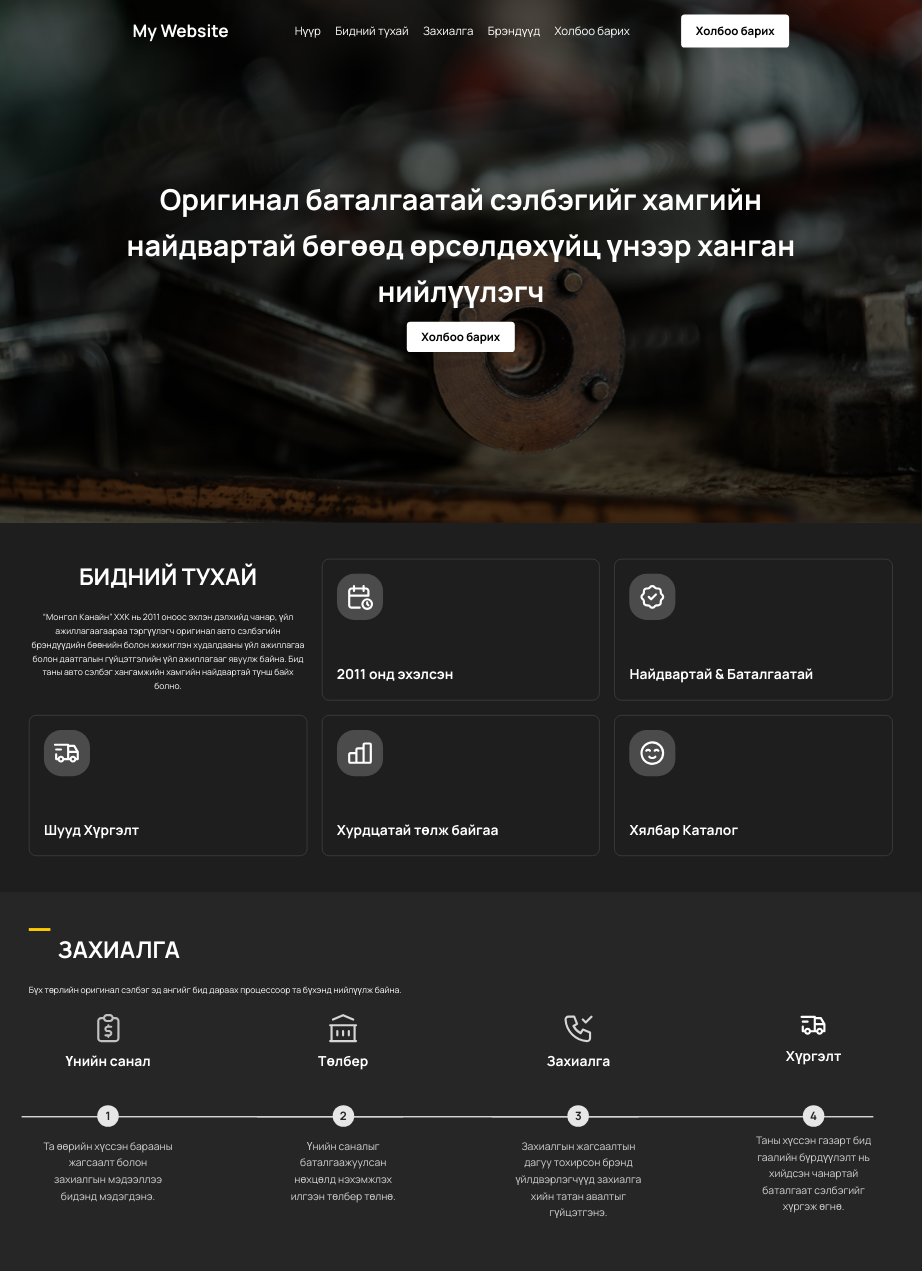
Repository: temuujinnn/mongol_kanain
Page: index.html
These files come from the project's save history. The page is drawn as it stood at one moment and after the next save; the edit follows.
The browser window is 1280 px wide. The pictures show the whole page, at 72% of full size.

Above is the page before, as saved 2024-08-22 18:40:47.

After the next save:
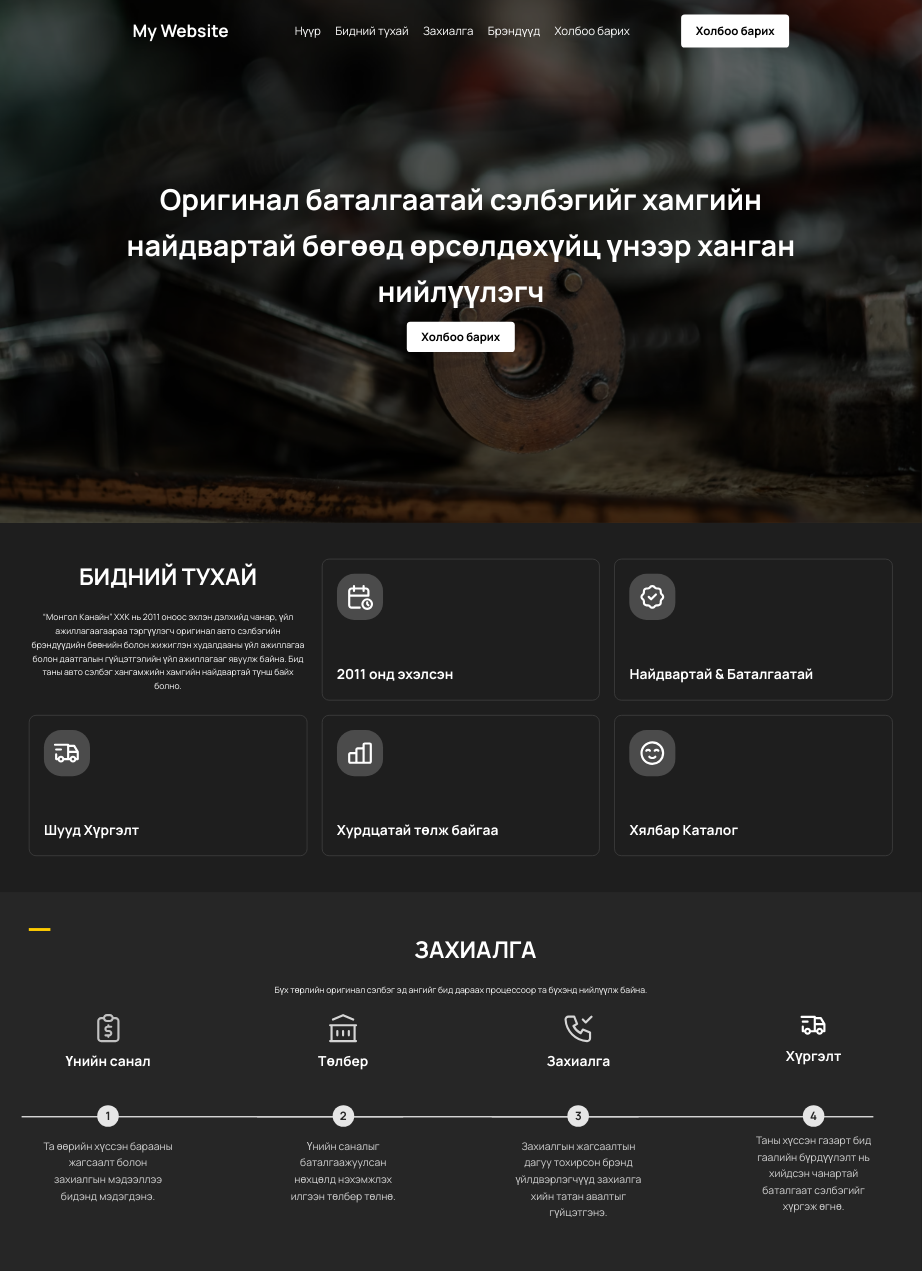
Saved 5 s later.
--- a/style.css
+++ b/style.css
@@ -221,8 +221,7 @@
 
 .order-process-title {
     display: flex;
-    justify-content: start;
-    align-items: start;
+
     flex-direction: column;
 
 }

After the 3 saves that followed:
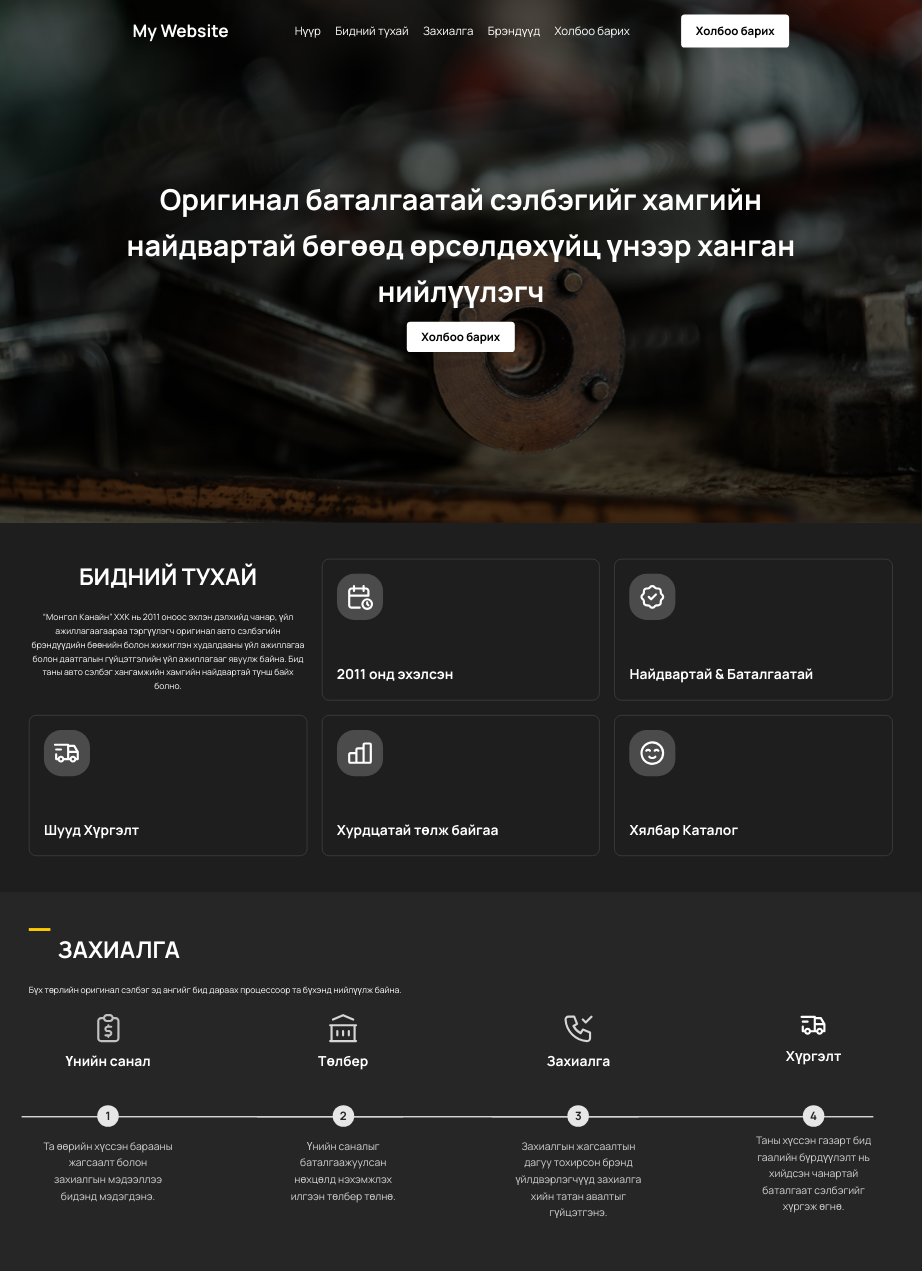
The 3 saves are shown as one change because 1 left the picture as it was and some came seconds apart.
The last was saved 14 s later.
--- a/style.css
+++ b/style.css
@@ -221,7 +221,8 @@
 
 .order-process-title {
     display: flex;
-
+    justify-content: start;
+    align-items: start;
     flex-direction: column;
 
 }
